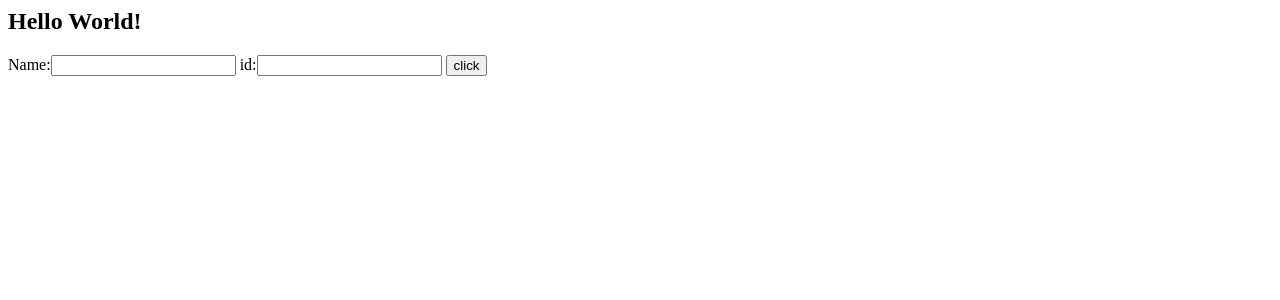
Repository: RameshMamidipelly/springMvc
Page: http://localhost/Demo/
These files come from the project's save history. The page is drawn as it stood at one moment and after the next save; the edit follows.
The browser window is 1280 px wide. The pictures show the whole page.
The page is served by Tomcat 9.

Above is the page before, as saved 2020-03-04 09:38:47.

After the next save:
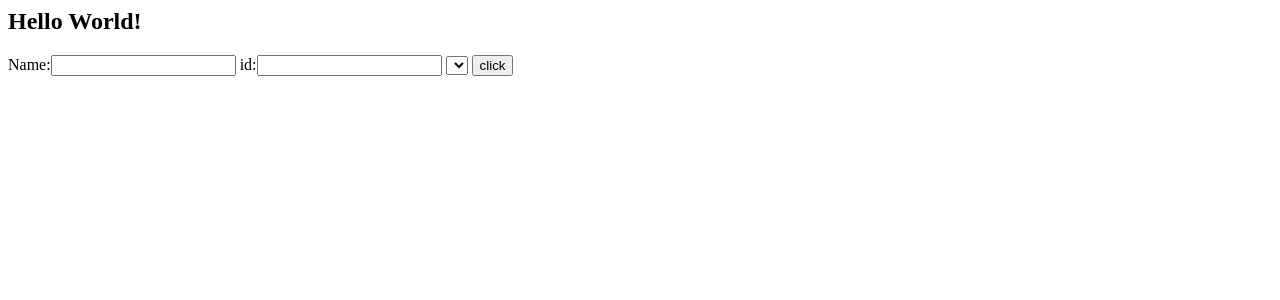
Saved 5 min 54 s later.
--- a/Demo/src/main/webapp/index.jsp
+++ b/Demo/src/main/webapp/index.jsp
@@ -2,8 +2,11 @@
 <body>
 <h2>Hello World!</h2>
 <form action="./result">
-Name:<input type="text" name="name" required="required"/>
+Name:<input type="text" name="name" required="required" onmouseover="trues"/>
 id:<input type="number" name="id" required="required"/>
+<select>
+<option ></option>
+</select>
 <input type="submit" value="click"/>
 </form>
 </body>
